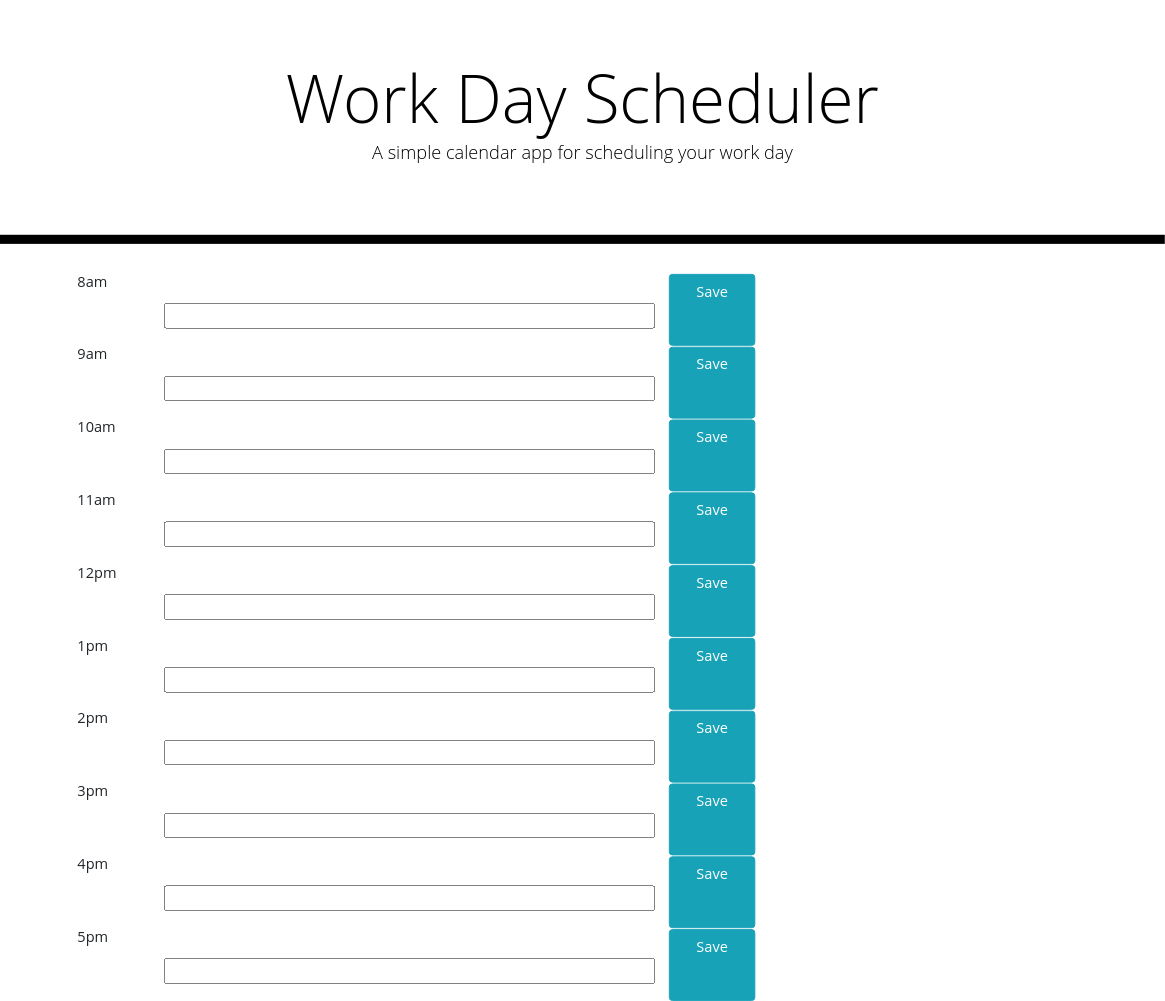
Repository: kkyler24/DayPlanner
Page: Index.html
The author's editor kept a copy of each file at every save. The page is drawn from the files as they stood at one save, then again after the next save.
The browser window is 1280 px wide. The pictures show the whole page, at 91% of full size.
Some web libraries are served in a nearby version.

Above is the page before, as saved 2020-04-09 13:36:15.

### Index.html
<!DOCTYPE html>
<html lang="en">
<head>
    <meta charset="UTF-8">
    <meta name="viewport" content="width=device-width, initial-scale=1.0">
    <!-- Style Sheets -->
    <link rel="stylesheet" href="https://maxcdn.bootstrapcdn.com/bootstrap/4.0.0/css/bootstrap.min.css" integrity="sha384-Gn5384xqQ1aoWXA+058RXPxPg6fy4IWvTNh0E263XmFcJlSAwiGgFAW/dAiS6JXm" crossorigin="anonymous">
    <link rel="stylesheet" type="text/CSS" href="Assets/todocss/todostyles.css">
    <link rel="stylesheet"  type="text/CSS" href="style.css">
    <title>Planner</title>
</head>
<body>
<Main>
    <!-- <----Scheduler -->
    <header class="jumbotron">
        <h1 class="display-3">Work Day Scheduler</h1>
        <p class="lead">A simple calendar app for scheduling your work day</p>
        <p id="currentDay" class="lead"></p>
    </header>
      <div class="container">
      <div class="row">
          <div class="col-sm-1">8am</div>
          <div class="col-sm-6" >
            <input class="col-sm-12" data-input="8"></input>
          </div>
          <div class="col-sm-1 btn btn-info btn-save" data-time="8">Save</div>
      </div>
      <div class="row">
        <div class="col-sm-1">9am</div>
        <div class="col-sm-6" >
          <input class="col-sm-12" data-input="9"></input>
        </div>
        <div class="col-sm-1 btn btn-info btn-save" data-time="9">Save</div>
    </div>
    <div class="row">
        <div class="col-sm-1">10am</div>
        <div class="col-sm-6" >
          <input class="col-sm-12" data-input="10"></input>
        </div>
        <div class="col-sm-1 btn btn-info btn-save" data-time="10">Save</div>
    </div>
    <div class="row">
        <div class="col-sm-1">11am</div>
        <div class="col-sm-6" >
          <input class="col-sm-12" data-input="11"></input>
        </div>
        <div class="col-sm-1 btn btn-info btn-save" data-time="11">Save</div>
    </div>
    <div class="row">
        <div class="col-sm-1">12pm</div>
        <div class="col-sm-6" >
          <input class="col-sm-12" data-input="12"></input>
        </div>
        <div class="col-sm-1 btn btn-info btn-save" data-time="12">Save</div>
    </div>
    <div class="row">
        <div class="col-sm-1">1pm</div>
        <div class="col-sm-6" >
          <input class="col-sm-12" data-input="1"></input>
        </div>
        <div class="col-sm-1 btn btn-info btn-save" data-time="1">Save</div>
    </div>
    <div class="row">
        <div class="col-sm-1">2pm</div>
        <div class="col-sm-6" >
          <input class="col-sm-12" data-input="2"></input>
        </div>
        <div class="col-sm-1 btn btn-info btn-save" data-time="2">Save</div>
    </div>
    <div class="row">
        <div class="col-sm-1">3pm</div>
        <div class="col-sm-6" >
          <input class="col-sm-12" data-input="3"></input>
        </div>
        <div class="col-sm-1 btn btn-info btn-save" data-time="3">Save</div>
    </div>
    <div class="row">
        <div class="col-sm-1">4pm</div>
        <div class="col-sm-6" >
          <input class="col-sm-12" data-input="4"></input>
        </div>
        <div class="col-sm-1 btn btn-info btn-save" data-time="4">Save</div>
    </div>
    <div class="row">
        <div class="col-sm-1">5pm</div>
        <div class="col-sm-6">
          <input class="col-sm-12" data-input="5"></input>
        </div>
        <div class="col-sm-1 btn btn-info btn-save" data-time="5">Save</div>
    </div>
      </div>



<!--Todolist todo list Set up -->
<Div style="display: none">
<Section>
    <div id="ContainerTodo">
        <H1>Today's To-Do List</H1>
        <input type="text">
        <ul>
            <li><span>X</span> Go to Gym</li>
            <li><span>X</span> Finish H.W</li>
            <li><span>X</span> Take over the World</li>
        </ul>


         </div>
 <!-- calendar set up -->
    <div class="container col-sm-4 col-md-7 col-lg-4 mt-5">
        <div class="card">
            <h3 class="card-header" id="monthAndYear"></h3>
            <table class="table table-bordered table-responsive-md" id="calendar">
                <thead>
                <tr>
                    <th>Sun</th>
                    <th>Mon</th>
                    <th>Tue</th>
                    <th>Wed</th>
                    <th>Thu</th>
                    <th>Fri</th>
                    <th>Sat</th>
                </tr>
                </thead>

                <tbody id="calendar-body">

                </tbody>
            </table>

            <div class="form-inline">

                <button class="btn btn-outline-primary col-sm-6" id="previous" onclick="previous()">Previous</button>

                <button class="btn btn-outline-primary col-sm-6" id="next" onclick="next()">Next</button>
            </div>
            <br/>
            <form class="form-inline">
                <label class="lead mr-2 ml-2" for="month">Jump To: </label>
                <select class="form-control col-sm-4" name="month" id="month" onchange="jump()">
                    <option value=0>Jan</option>
                    <option value=1>Feb</option>
                    <option value=2>Mar</option>
                    <option value=3>Apr</option>
                    <option value=4>May</option>
                    <option value=5>Jun</option>
                    <option value=6>Jul</option>
                    <option value=7>Aug</option>
                    <option value=8>Sep</option>
                    <option value=9>Oct</option>
                    <option value=10>Nov</option>
                    <option value=11>Dec</option>
                </select>


                <label for="year"></label><select class="form-control col-sm-4" name="year" id="year" onchange="jump()">

                <option value=2020>2020</option>
                <option value=2021>2021</option>
                <option value=2022>2022</option>
                <option value=2023>2023</option>
                <option value=2024>2024</option>
                <option value=2025>2025</option>
                <option value=2026>2026</option>
                <option value=2027>2027</option>
                <option value=2028>2028</option>
                <option value=2029>2029</option>
                <option value=2030>2030</option>
                <option value=2030>2030</option>
                <option value=2030>2030</option>
                <option value=2030>2030</option>
                <option value=2030>2030</option>
            </select></form>
        </div>
    </div>
    <!--<button name="jump" onclick="jump()">Go</button>-->
</sectiontwo>

</Main>

<script src="https://code.jquery.com/jquery-3.2.1.slim.min.js" integrity="sha384-KJ3o2DKtIkvYIK3UENzmM7KCkRr/rE9/Qpg6aAZGJwFDMVNA/GpGFF93hXpG5KkN" crossorigin="anonymous"></script>
<script src="https://cdnjs.cloudflare.com/ajax/libs/popper.js/1.12.9/umd/popper.min.js" integrity="sha384-ApNbgh9B+Y1QKtv3Rn7W3mgPxhU9K/ScQsAP7hUibX39j7fakFPskvXusvfa0b4Q" crossorigin="anonymous"></script>
<script src="https://maxcdn.bootstrapcdn.com/bootstrap/4.0.0/js/bootstrap.min.js" integrity="sha384-JZR6Spejh4U02d8jOt6vLEHfe/JQGiRRSQQxSfFWpi1MquVdAyjUar5+76PVCmYl" crossorigin="anonymous"></script>
<script src="https://cdnjs.cloudflare.com/ajax/libs/moment.js/2.24.0/moment.min.js"></script>
<script src="javascript.js"></script>
<script src="Assets/todo JS/todo.js"></script>

</body>
</html>

### Assets/todocss/todostyles.css
/* #ContainerTodo{
  border: 2px solid teal ;
  border-radius:10px ;
  width: 400px;
  margin-top:3rem;
  margin-left:200px ;
  float: left;

} */


Planner

.past{
  background-color: grey;
}
.present {
  background-color: red;
}
.future {
  background-color: green;
}
.column-small {
  flex-grow: 1;
  display: inline-block;
  text-align: center;
  height: 25px;
  width: 25px;
  border-top: 1px solid black;
  border-radius: 2.5px;
}
.column-large {
  flex-grow: 10;
  display: inline-block;
  text-align: center;
}
.left {
  border-right: 1px solid black;
  background-color: maroon;
  color: white;
  background-image: linear-gradient(to right, white, maroon);
}
.right {
  border-left: 1px solid black;
  cursor: pointer;
}
.middle {
  border-bottom: 1px solid black;
  background-color: beige;
}
#date {
  margin: auto;
  text-align: center;
  height: 50px;
  width: 50%;
  font-weight: bold;
  font-size: 1.3em;
}
form {
  display: flex;
}

### style.css
/* .container{
    margin-right: 150px;
    margin-top: 3rem;
    float: left;
    border: 2px solid teal;
    border-radius: 10px;
} */

body {
    font-family: 'Open Sans', sans-serif;
    font-size: 16px;
    line-height: 1;
  }

  textarea{
    background: transparent;
    border: none;
    resize: none;
    color: #000000;
    border-left: 1px solid black;
    padding: 10px;
  }

  .jumbotron {
    text-align: center;
    background-color: transparent;
    color: black;
    border-radius: 0;
    border-bottom: 10px solid black;
  }

  .description{
    white-space: pre-wrap;
  }

  .time-block{
    text-align: center;
    border-radius: 15px;
  }

  .row {
    white-space: pre-wrap;
    height: 80px;
    border-top: 1px solid white;;
  }

  .hour {
    background-color: #ffffff;
    color: #000000;
    border-top: 1px dashed #000000;
  }

  .past {
    background-color: #d3d3d3;
    color: white;
  }

  .present {
    background-color: #ff6961;
    color: white;
  }

  .future {
    background-color: #77dd77;
    color: white;
  }

  .saveBtn {
    border-left: 1px solid black;
    border-top-right-radius: 15px;
    border-bottom-right-radius: 15px;
    background-color: #06AED5;
    color: white;
  }

  .saveBtn i:hover {
    font-size: 20px;
    transition: all .3s ease-in-out;
  }

### javascript.js
let today = new Date();
let currentMonth = today.getMonth();
let currentYear = today.getFullYear();
let selectYear = document.getElementById("year");
let selectMonth = document.getElementById("month");


let months = ["January", "February", "March", "April", "May", "June", "July", "August", "September", "October", "November", "December"];

let monthAndYear = document.getElementById("monthAndYear");
showCalendar(currentMonth, currentYear);

function showCalendar(month, year){

    let firstDay =(new Date(year, month)).getDay();
    let daysInMonth = 32- new Date(year, month, 32).getDate();

    // -->body of the Calendar<--
    let tbl = document.getElementById("calendar-body");


// -->clear previous cells, for new month<--
    tbl.innerHTML="";

    monthAndYear.innerHTML= months[months]+" "+ year;

    // --> create cells for Calendar<--
    let date = 1;
    for(let i = 0; i < 6; i++){
        let row  = document.createElement("tr");
        // --> creating table rows. not really sure about the 6 part. inquire why you need a 6 and not a 7-->

        // creating indivdual cells, and putting data in them.

        for(let j = 0; j < 7; j++){
            if(i===0 && j< firstDay){
                let cell = document.createElement("td");
                let cellText = document.createTextNode("");
                cell.appendChild(cellText);
                row.appendChild(cell);
            }
            else if(date > daysInMonth)
             { break;

        }
        else {
            let cell = document.createElement("td");
            let cellText = document.createTextNode(date);
            if(date ===today.getDate() && year === today.getFullYear() && month === today.getMonth()){
                cell.classList.add
                // --> bootstrap colors, try to get a wider variety of colors <--
                ("bg-info");
            }
            cell.appendChild(cellText);
            row.appendChild(cell);


        }
        date++;

        }

        tbl.appendChild(row);

    }

}

function previous(){
    currentYear =( currentMonth === 0)? currentYear -1 : currentYear;
    currentMonth = currentMonth === 0? 11:currentMonth-1;
    showCalendar(currentMonth, currentYear);
}

function next(){
    currentYear = (currentMonth ===11)? currentYear + 1: currentYear;
    currentMonth = (currentMonth + 1) % 12;
    showCalendar (currentMonth, currentYear);

}
// To do list set up

### Assets/todo JS/todo.js
// check off to do list items and change colors for different stages// in progress<--
$("li").dblclick(function () {
        if($(this).css("color") === "rgb(11, 209, 170)"){
            $(this).css({
                color: "gray",
                textDecoration: "line-through"
            });
        }
        else{
            $(this).css({
            color: "rgb(11, 209, 170)",
            textDecoration: "none",
            fontWeight: "bold"
        });
    }
});

$("li").click(function () {
    // if Li is grey how do we change it back to black?
    if($(this).css("color") === "rgb(128, 128, 128)"){
        $(this).css({
            color: "black",
            textDecoration: "none"
        });
    }
    else{
        $(this).css({
        color: "gray",
        textDecoration: "line-through"
    });
}
});



// Planner-->

$(".btn-save").on("click", function(){
   var time = $(this).attr("data-time");
   var note = $('input[data-input='+time+']').val()
//    we are selecting a input with a specific attr of time, and retrieving the value of the input.
localStorage.setItem("note-input" + time, note);
// this sets the Item from input into local storage.
console.log(note);
   console.log(time);
}
)

let currentDay = moment().format("MM-DD-YYYY");
console.log(currentDay);
// $("")

After the next save:
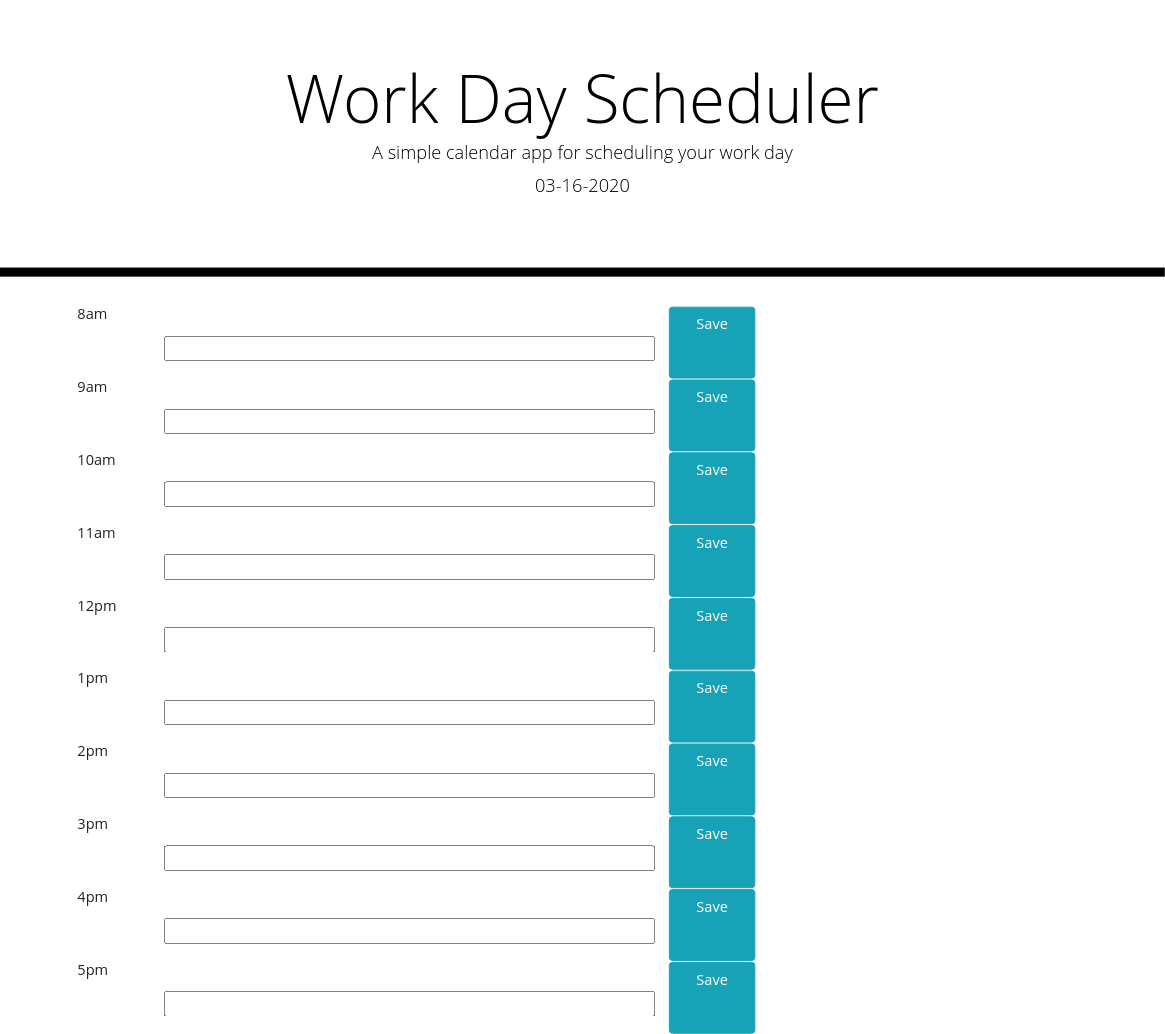
Saved 111 s later.
--- a/Assets/todo JS/todo.js
+++ b/Assets/todo JS/todo.js
@@ -48,4 +48,4 @@ console.log(note);
 
 let currentDay = moment().format("MM-DD-YYYY");
 console.log(currentDay);
-// $("")
+$("#currentDay").html(currentDay);
